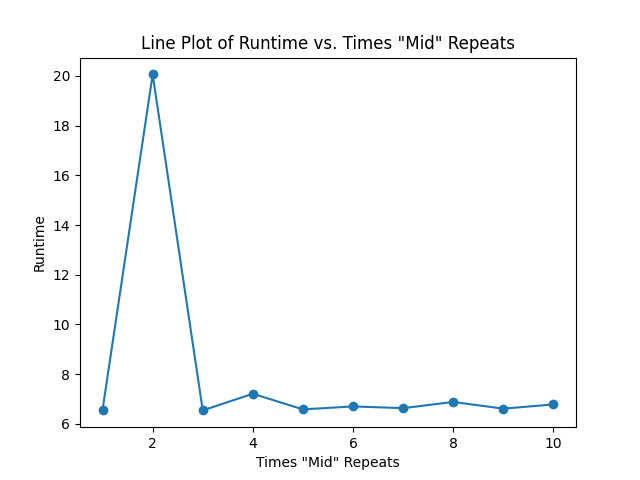
Repository: kingsoneight/CS350-Computer-System
Script's output: python hw7/EVAL/1a.py
An editor plug-in stored every save of this project. The script's output is shown before and after the next save, followed by the edit.
Random numbers start from a fixed seed.

Above is the script's output before, as saved 2023-12-04 19:02:38.

### hw7/EVAL/1a.py
import matplotlib.pyplot as plt

# Sample data (replace with your own data)
x_values = [1, 2, 3, 4, 5, 6, 7, 8, 9, 10]
y_values = [6.56, 20.06, 6.54, 7.21, 6.58, 6.7, 6.63, 6.88, 6.61, 6.78]

# Create the plot
plt.plot(x_values, y_values, marker='o', linestyle='-')

# Add labels and title
plt.xlabel('Times "Mid" Repeats')
plt.ylabel('Runtime')
plt.title('Line Plot of Runtime vs. Times "Mid" Repeats')

# Show the plot
plt.show()

After the next save:
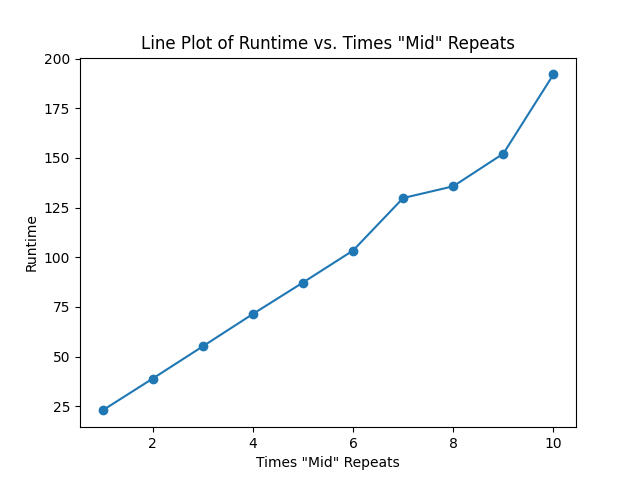
Saved 2 h 2 min later.
--- a/hw7/EVAL/1a.py
+++ b/hw7/EVAL/1a.py
@@ -2,7 +2,8 @@ import matplotlib.pyplot as plt
 
 # Sample data (replace with your own data)
 x_values = [1, 2, 3, 4, 5, 6, 7, 8, 9, 10]
-y_values = [6.56, 20.06, 6.54, 7.21, 6.58, 6.7, 6.63, 6.88, 6.61, 6.78]
+y_values = [22.9, 38.9, 55.14, 71.43, 87.27,
+            103.39, 129.82, 135.73, 152.19, 192.06]
 
 # Create the plot
 plt.plot(x_values, y_values, marker='o', linestyle='-')
